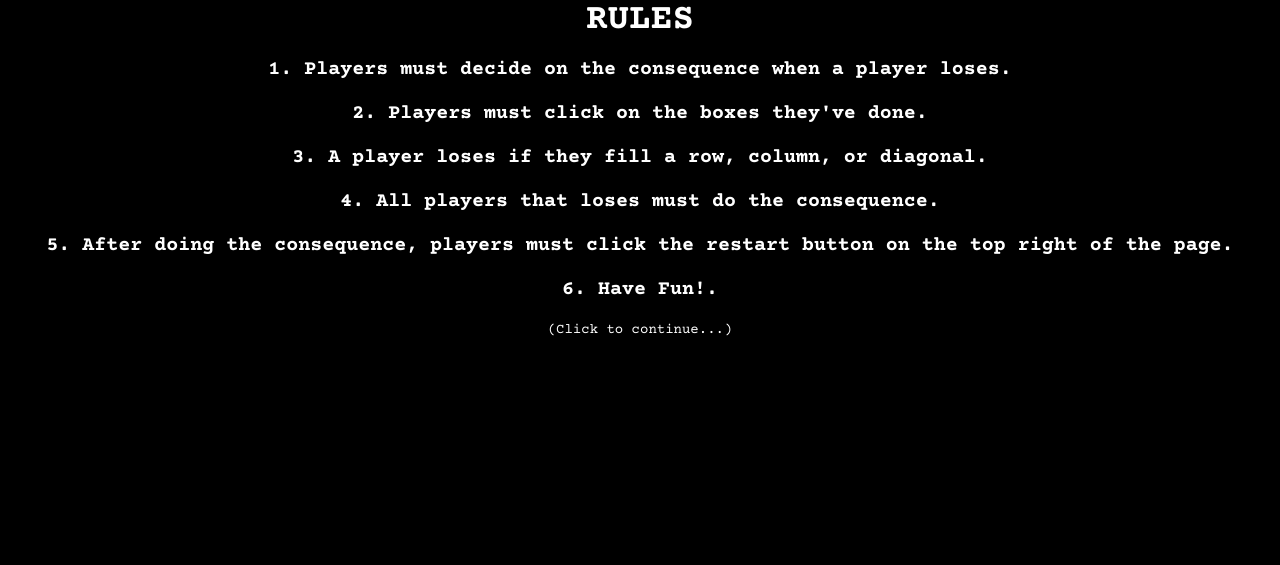
Repository: Jeysmeister/sensoryminds-bingo
Page: /
These files come from the project's save history. The page is drawn as it stood at one moment and after the next save; the edit follows.
The browser window is 1280 px wide. The pictures show the whole page.
The project was rebuilt for these pictures with package versions that can differ from the ones it lists, and the page was loaded fresh each time. The framework's server and built-in components were replaced by stand-ins that run in the browser. Also part of the build but not shown: next.config.ts.

Above is the page before, as saved 2024-11-12 18:06:21.

After the next save:
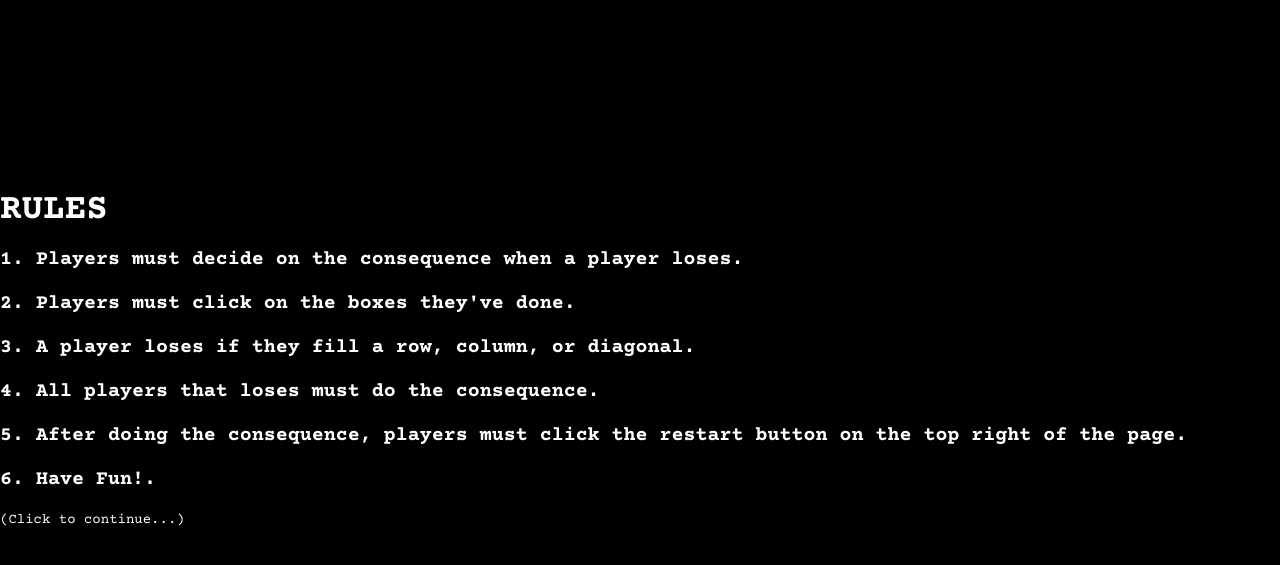
Saved 7 s later.
--- a/app/page.tsx
+++ b/app/page.tsx
@@ -17,7 +17,7 @@ export default function Home() {
         </div>
       </div> */}
       <div className="cursor-pointer">
-        <div className="w-screen h-screen flex text-left items-center text-white bg-black flex-col gap-4">
+        <div className="w-screen h-screen flex justify-center items-start text-white bg-black flex-col gap-4">
           <div className="text-4xl font-extrabold">RULES</div>
           <div className="text-xl font-bold">1. Players must decide on the consequence when a player loses.</div>
           <div className="text-xl font-bold">2. Players must click on the boxes they've done.</div>
